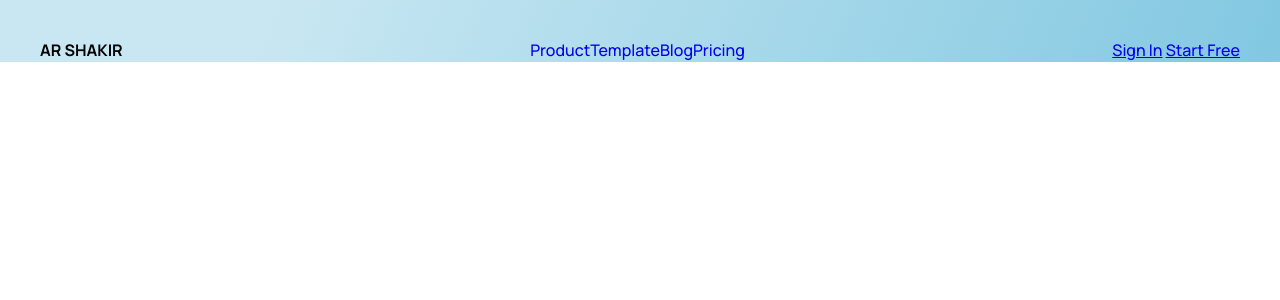
Repository: duongdori/ARShakir
Page: index.html
These files come from the project's save history. The page is drawn as it stood at one moment and after the next save; the edit follows.
The browser window is 1280 px wide. The pictures show the whole page.

Above is the page before, as saved 2022-04-01 22:02:36.

After the next save:
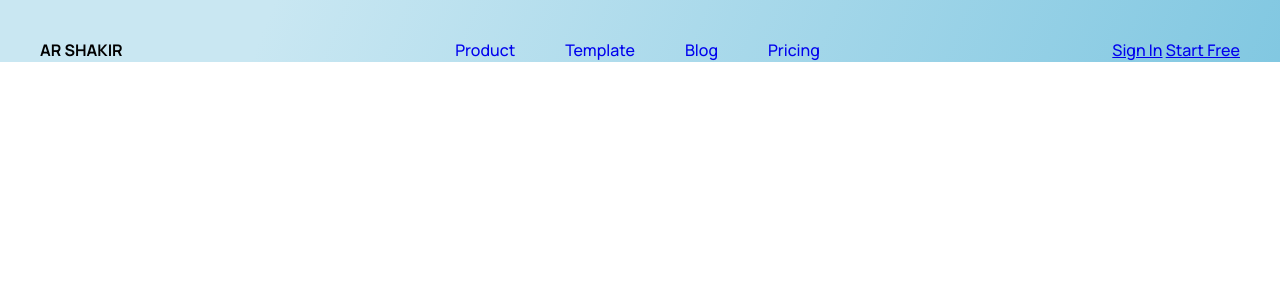
Saved 12 s later.
--- a/assets/css/main.css
+++ b/assets/css/main.css
@@ -71,7 +71,7 @@ body {
 .header-menu{
     display:flex;
     align-items: center;
-    gap: 50;
+    gap: 50px;
     list-style: none;
 }
 
